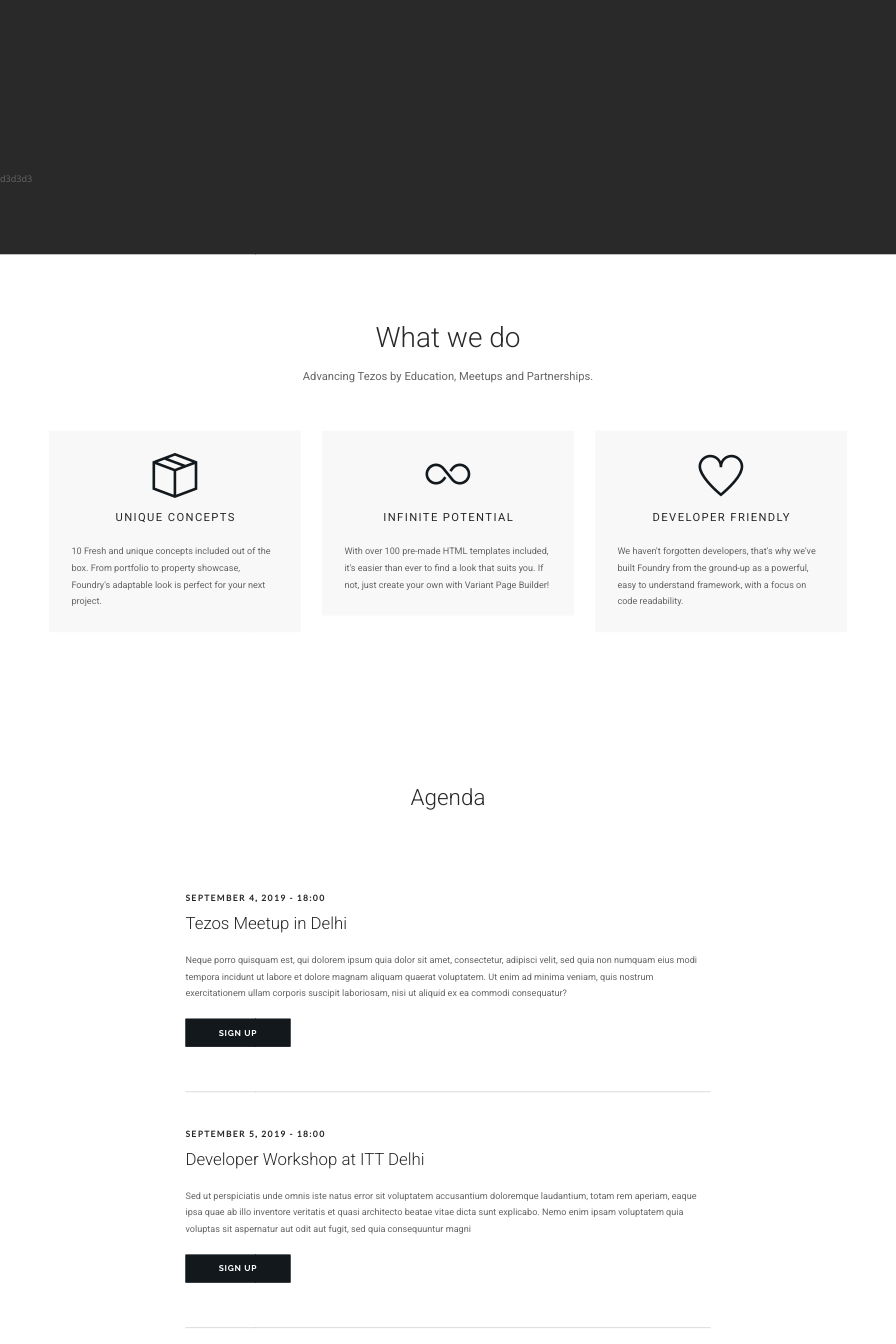
Repository: Tezos-India-Foundation/TIF-Website
Page: Tezos India Website/page.html
These files come from the project's save history. The page is drawn as it stood at one moment and after the next save; the edit follows.
The browser window is 1280 px wide. The pictures show the part of the page from y = 726 to 2646 px (the page is 4229 px tall before and 4205 px after), at 70% of full size.
A picture or video elsewhere on the page could not be fetched, so the positions and the page height are approximate.

Above is the page before, as saved 2019-08-13 04:07:38.

After the next save:
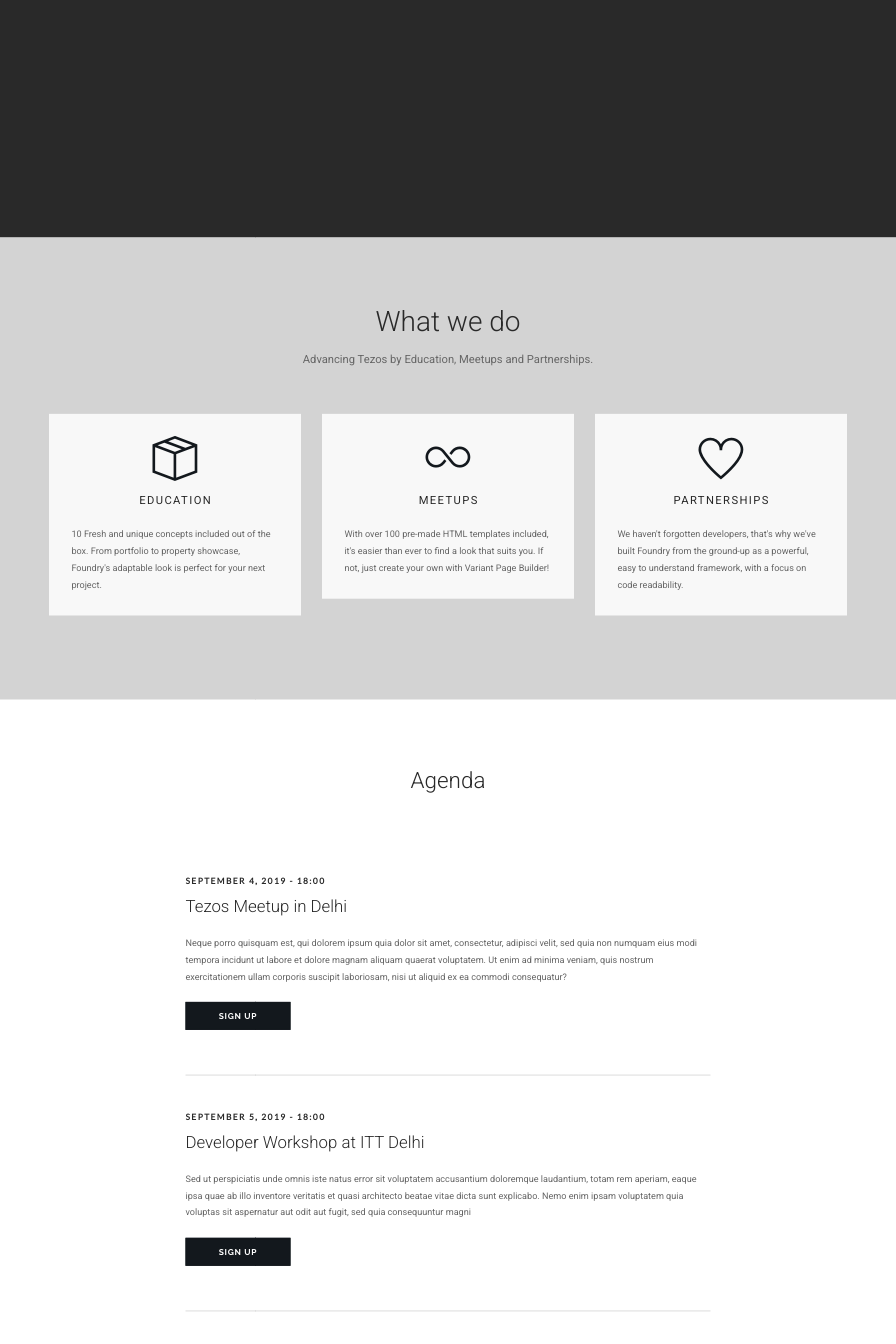
Saved 2 s later.
--- a/Tezos India Website/page.html
+++ b/Tezos India Website/page.html
@@ -123,9 +123,9 @@
 
 
 			</div>
-			d3d3d3
+
 		</section>
-	</section><section>
+	</section><section id="backgroundcolor-info">
 
 		<div class="container">
 			<div class="row">
@@ -142,7 +142,7 @@
 					<div class="feature feature-1 boxed">
 						<div class="text-center">
 							<i class="ti-package icon"></i>
-							<h5 class="uppercase">Unique Concepts</h5>
+							<h5 class="uppercase">Education</h5>
 						</div>
 						<p>
 							10 Fresh and unique concepts included out of the box. From portfolio to property showcase, Foundry's adaptable look is perfect for your next project.
@@ -154,7 +154,7 @@
 					<div class="feature feature-1 boxed">
 						<div class="text-center">
 							<i class="ti-infinite icon"></i>
-							<h5 class="uppercase">Infinite Potential</h5>
+							<h5 class="uppercase">Meetups</h5>
 						</div>
 						<p>
 							With over 100 pre-made HTML templates included, it's easier than ever to find a look that suits you. If not, just create your own with Variant Page Builder!
@@ -166,7 +166,7 @@
 					<div class="feature feature-1 boxed">
 						<div class="text-center">
 							<i class="ti-heart icon"></i>
-							<h5 class="uppercase">Developer Friendly</h5>
+							<h5 class="uppercase">Partnerships</h5>
 						</div>
 						<p>
 							We haven't forgotten developers, that's why we've built Foundry from the ground-up as a powerful, easy to understand framework, with a focus on code readability.
